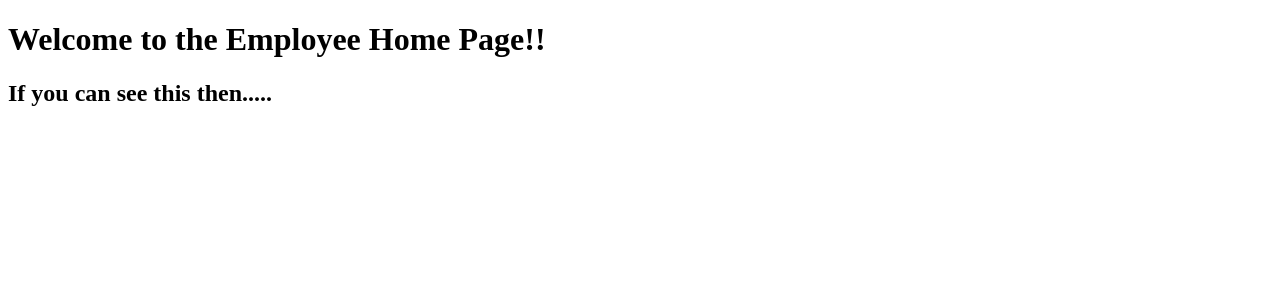
Repository: ricarra08/FullStackBareBones
Page: Project1/src/main/webapp/HomeEMP.html
An editor plug-in stored every save of this project. The page is shown before and after the next save, followed by the edit.
The browser window is 1280 px wide. The pictures show the whole page.

Above is the page before, as saved 2020-09-10 14:37:52.

After the next save:
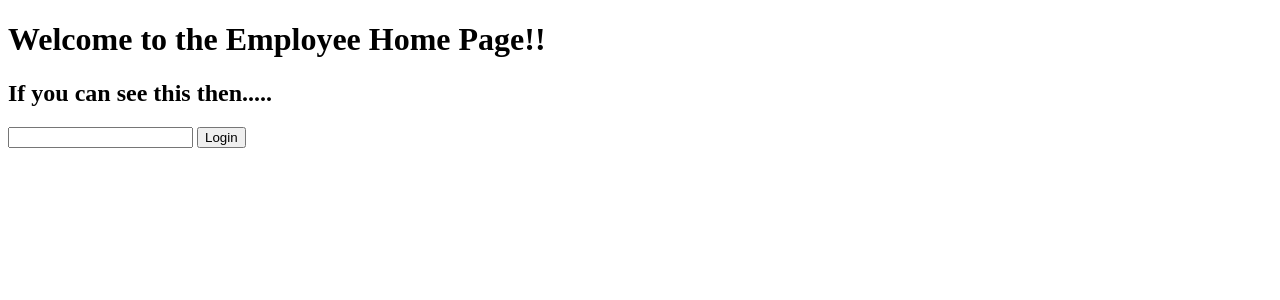
Saved 5 min 34 s later.
--- a/Project1/src/main/webapp/HomeEMP.html
+++ b/Project1/src/main/webapp/HomeEMP.html
@@ -7,6 +7,9 @@
 <body>
 <h1>Welcome to the Employee Home Page!!</h1>
 <h2>If you can see this then.....</h2>
-	<form
+	<form action="/Project1/api/logout" method="post">
+		<input type = "text" name="email">
+		<button type = "submit">Login</button>
+	</form>
 </body>
 </html>
